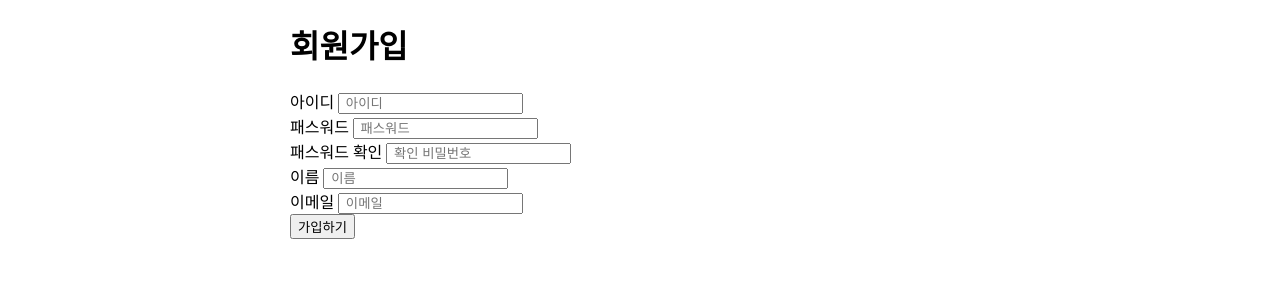
Repository: kayoyo/jsp
Page: http://localhost/BoardWeb_4/join
These files come from the project's save history. The page is drawn as it stood at one moment and after the next save; the edit follows.
The browser window is 1280 px wide. The pictures show the whole page.
The page is served by Tomcat 9.

Above is the page before, as saved 2020-08-28 07:32:39.

After the next save:
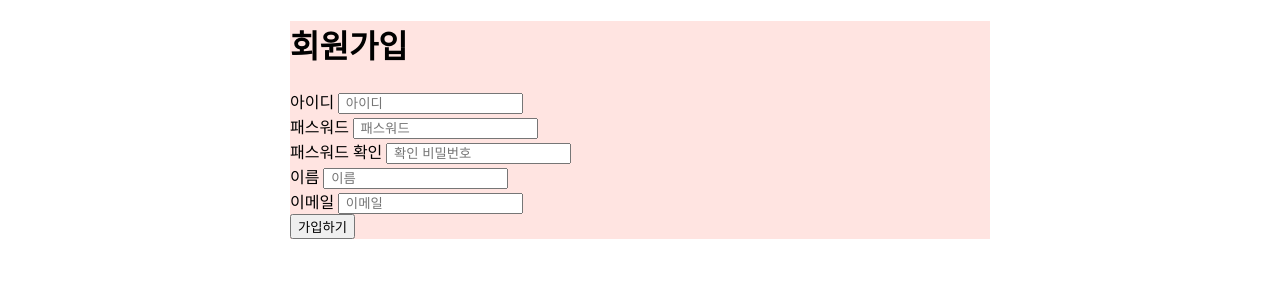
Saved 75 s later.
--- a/BoardWeb_4/WebContent/WEB-INF/jsp/user/join.jsp
+++ b/BoardWeb_4/WebContent/WEB-INF/jsp/user/join.jsp
@@ -6,7 +6,7 @@
 <meta charset="UTF-8">
 <title>회원가입</title>
 <style>
-	#container {width:700px; margin: 0 auto;}
+	#container {width:700px; margin: 0 auto; background-color: #FFE4E1; }
 	#container > h1
 	.err {color: red;}
 
